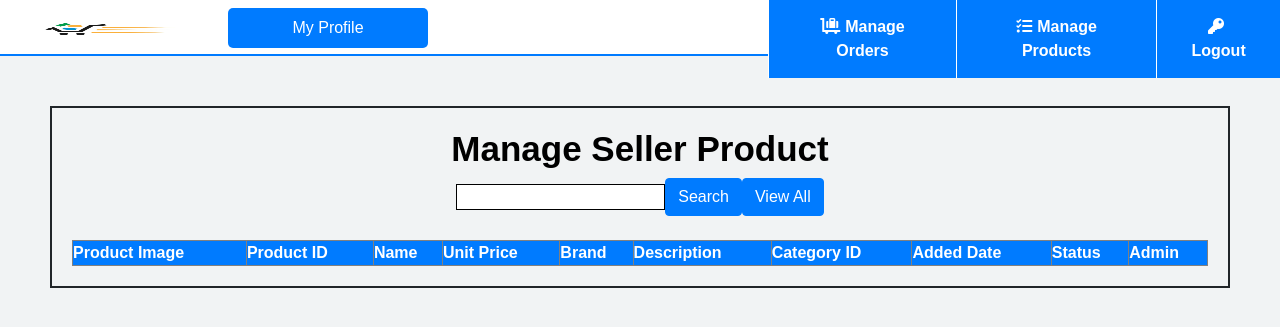
Repository: sahanjayawardena9619/PAF_Project
Page: http://localhost/paf_project/WEB-INF/views/SellerProduct.jsp
An editor plug-in stored every save of this project. The page is shown before and after the next save, followed by the edit.
The browser window is 1280 px wide. The pictures show the whole page.
Some web fonts or font styles are not loaded; a fallback is used. Some web libraries are served in a nearby version. The page is served by Tomcat 9. Nobody is signed in. The template is opened directly, without the code that normally fills it, so the values that code supplies are empty.

Above is the page before, as saved 2019-05-15 20:33:57.

After the next save:
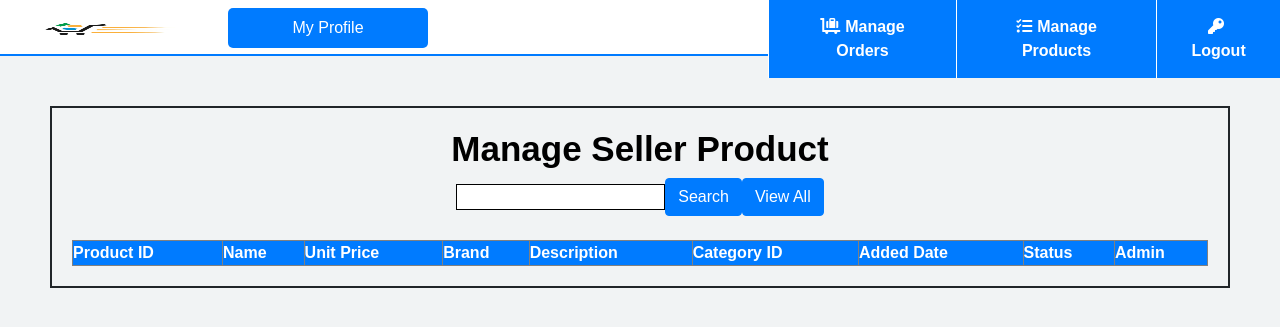
Saved 19 s later.
--- a/Main Project (Final)/PAF/paf_project/src/main/webapp/WEB-INF/views/SellerProduct.jsp
+++ b/Main Project (Final)/PAF/paf_project/src/main/webapp/WEB-INF/views/SellerProduct.jsp
@@ -73,7 +73,6 @@
 			</form:form>
 			<br>
 			<table border="1" width="100%">
-				<th style="color: #fff; background-color: #007bff;">Product Image</th>
 				<th style="color: #fff; background-color: #007bff;">Product ID</th>
 				<th style="color: #fff; background-color: #007bff;">Name</th>
 				<th style="color: #fff; background-color: #007bff;">Unit Price</th>
